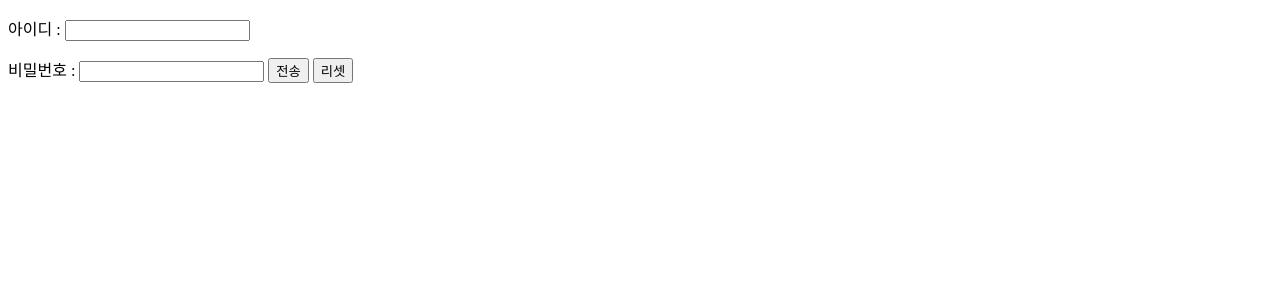
Repository: hyeonjuu/fusionProjectTest
Page: http://localhost/test/login.jsp
These files come from the project's save history. The page is drawn as it stood at one moment and after the next save; the edit follows.
The browser window is 1280 px wide. The pictures show the whole page.
The page is served by Tomcat 9.

Above is the page before, as saved 2022-10-03 12:33:35.

After the next save:
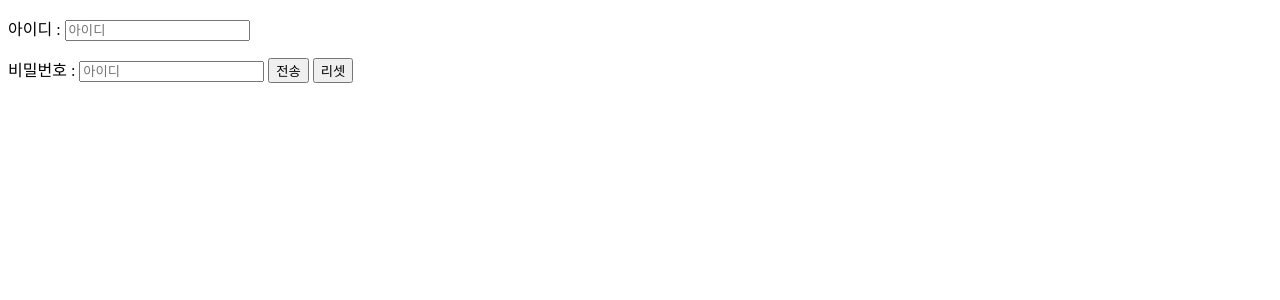
Saved 33 s later.
--- a/Test/test/src/main/webapp/login.jsp
+++ b/Test/test/src/main/webapp/login.jsp
@@ -9,8 +9,8 @@
 <body>
 
 	<form action="loginProcess.jsp" method="post" name ="info">
-		<p> 아이디 : <input type="text" name = "ID" placehorder="아이디">
-		<p> 비밀번호 : <input type ="password" name ="PASSWORD">
+		<p> 아이디 : <input type="text" name = "ID" placeholder="아이디">
+		<p> 비밀번호 : <input type ="password" name ="PASSWORD" placeholder="아이디">
 
 		<input type="submit" value="전송">
 		<input type="reset" value ="리셋">
